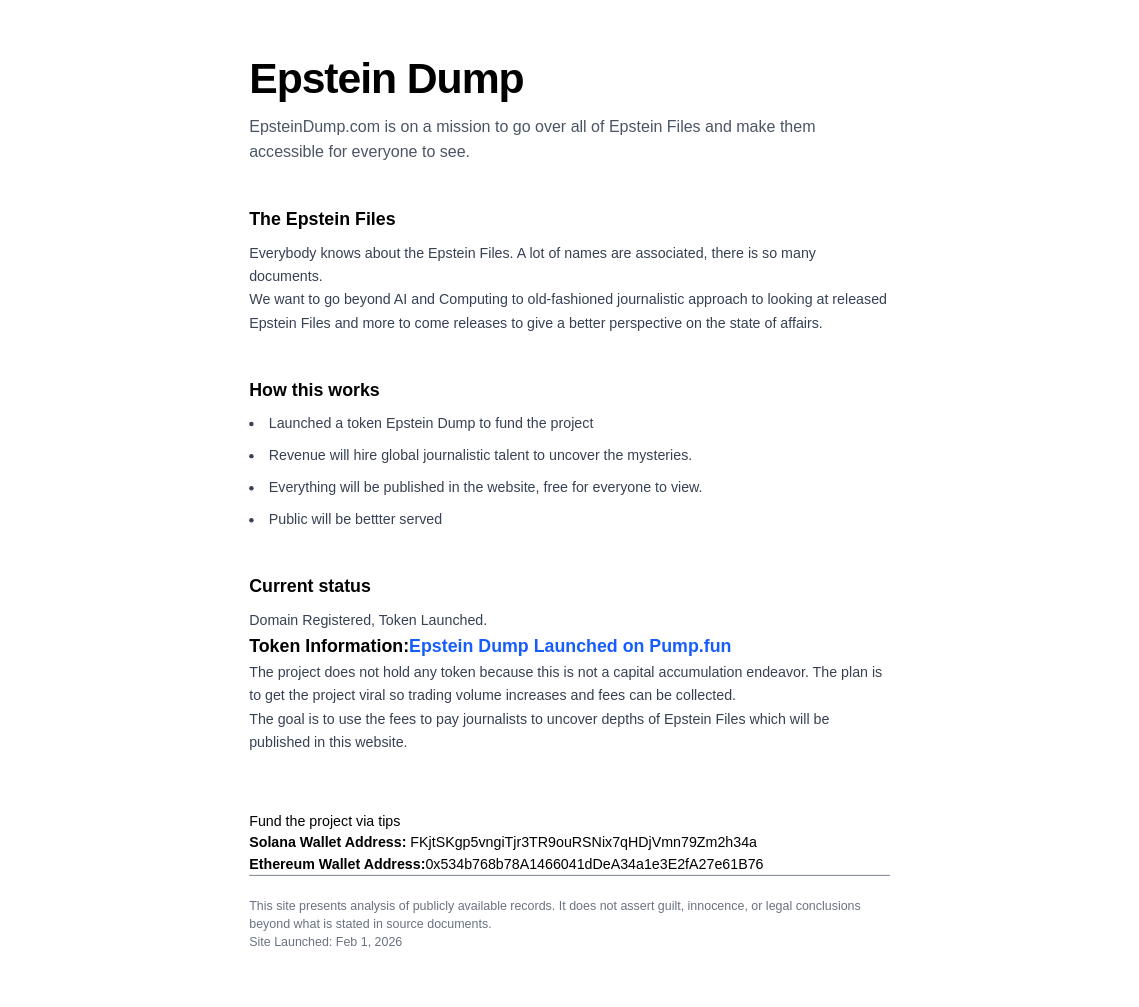
Repository: dayvoid97/epsteindump
Page: /
An editor plug-in stored every save of this project. The page is shown before and after the next save, followed by the edit.
The browser window is 1280 px wide. The pictures show the whole page, at 89% of full size.
The project was rebuilt for these pictures with package versions that can differ from the ones it lists, and the page was loaded fresh each time. The framework's server and built-in components were replaced by stand-ins that run in the browser. Also part of the build but not shown: next.config.ts.

Above is the page before, as saved 2026-02-02 02:33:45.

After the next save:
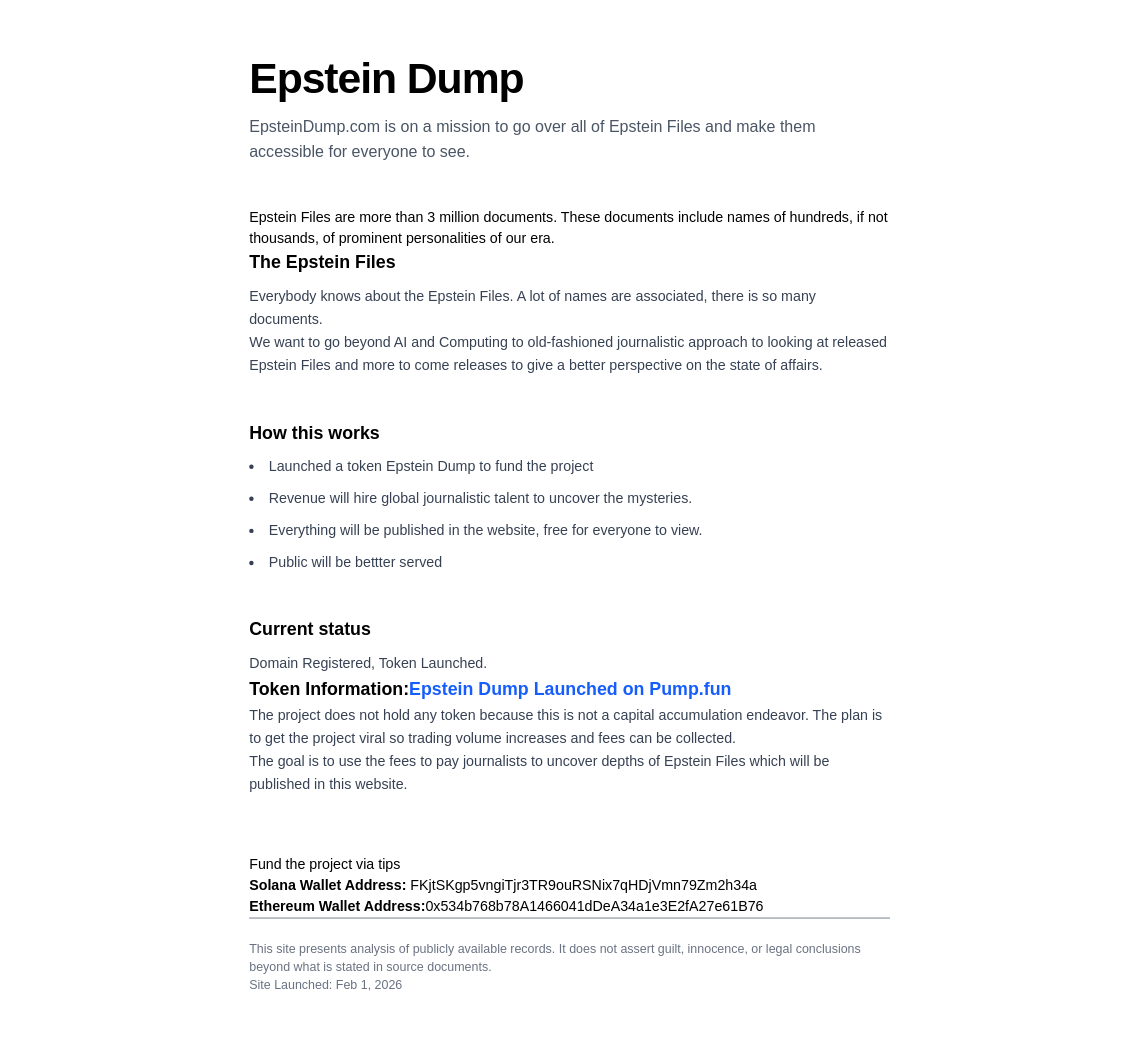
Saved 61 s later.
--- a/app/page.tsx
+++ b/app/page.tsx
@@ -10,6 +10,13 @@
             for everyone to see.
           </p>
         </header>
+
+        <span>
+          <p>
+            Epstein Files are more than 3 million documents. These documents include names of
+            hundreds, if not thousands, of prominent personalities of our era.
+          </p>
+        </span>
 
         {/* Mission */}
         <section className="mb-12">
